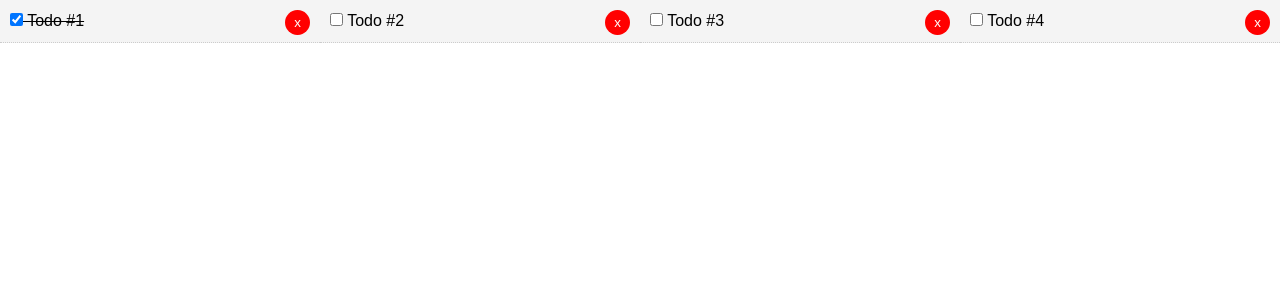
Repository: n0rthern-light/vuejs-taskmanager
Page: /
These files come from the project's save history. The page is drawn as it stood at one moment and after the next save; the edit follows.
The browser window is 1280 px wide. The pictures show the whole page.
The project was rebuilt for these pictures with package versions that can differ from the ones it lists, and the page was loaded fresh each time.

Above is the page before, as saved 2019-02-18 15:34:07.

### src/App.vue
<template>
  <div id="app">
    <h3>{{msg}}</h3>
    <Todos :todos="todos" v-on:del-todo="delTodo" v-on:update-array="updateArr"/>
  </div>
</template>

<script>

import Todos from '@/components/Todos.vue';

export default {
  name: 'app',
  components: {
    Todos
  },
  data() {
    return {
      todos: [
        {
          id: 1,
          title: 'Todo #1',
          completed: true
        },
        {
          id: 2,
          title: 'Todo #2',
          completed: false
        },
        {
          id: 3,
          title: 'Todo #3',
          completed: false
        },
        {
          id: 4,
          title: 'Todo #4',
          completed: false
        }
      ],
      msg: ''
    }
  },
  methods: {
    /* eslint-disable */
    setCookie(cname, cvalue, exdays) {
      var d = new Date();
      d.setTime(d.getTime() + (exdays*24*60*60*1000));
      var expires = "expires="+ d.toUTCString();
      document.cookie = cname + "=" + cvalue + ";" + expires + ";path=/";
    },
    getCookie(cname) {
      var name = cname + "=";
      var decodedCookie = decodeURIComponent(document.cookie);
      var ca = decodedCookie.split(';');
      for(var i = 0; i <ca.length; i++) {
        var c = ca[i];
        while (c.charAt(0) == ' ') {
          c = c.substring(1);
        }
        if (c.indexOf(name) == 0) {
          return c.substring(name.length, c.length);
        }
      }
      return "";
    },
    delTodo(id) {
      console.log('delTodo');
      this.todos = this.todos.filter((el) => el.id !== id);
    },
    updateArr(obj) {
      console.log('updateArr');
      this.todos = this.todos.
      map((el) => el.id === obj.id ? obj : el).
      sort((a, b) => a.id - b.id).
      sort((a, b) => a.completed - b.completed);

      this.setCookie('todos', JSON.stringify(this.todos), 60)
    }

  },
  mounted() {
    console.log('mounted');
    this.todos = JSON.parse(this.getCookie('todos'));

    this.todos = this.todos.sort((a, b) => a.id - b.id).
      sort((a, b) => a.completed - b.completed);
  }
}
</script>

<style>
* {
  box-sizing: border-box;
  margin: 0;
  padding: 0;
}

body {
  font-family: Arial, Helvetica, sans-serif;
  line-height: 1.4;
}
</style>

### src/components/Todos.vue
<template>
  <div class="container">
    <div v-for="todo in todos" :key="todo.id">
      <TodoItem :todo="todo" v-on:del-todo="$emit('del-todo', todo.id)" v-on:update-array="$emit('update-array', todo)"/>
    </div>
  </div>
</template>

<script>
import TodoItem from './TodoItem.vue';

export default {
  components: {
    TodoItem
  },
  name: 'Todos',
  props: ['todos']
}
</script>

<style scoped>
.container {
  display: flex;
}

.container div {
  flex: 5;
}
</style>

### src/components/TodoItem.vue
<template>
  <div class="todo-item" :class="{'is-complete':todo.completed}">
    <p>
      <input type="checkbox" v-on:change="markComplete(); $emit('update-array', todo);" :checked="this.todo.completed">
      {{todo.title}}
      <button @click="$emit('del-todo', todo.id)" class="del">x</button>
    </p>
  </div>
</template>

<script>
export default {
  name: 'TodoItem',
  props: ['todo'],
  methods: {
    markComplete () {
      this.todo.completed = !this.todo.completed;
    }
  },
  mounted () {

  }
}
</script>

<style scoped>
  .todo-item {
    background: #f4f4f4;
    padding: 10px;
    border-bottom: 1px #ccc dotted;
  }

  .is-complete {
    text-decoration: line-through;
  }

  .del {
    background: #ff0000;
    color: #fff;
    border: none;
    padding: 5px 9px;
    border-radius: 50%;
    cursor: pointer;
    float: right;
  }
</style>

Loaded but not shown: src/main.js (common file)

After the next save:
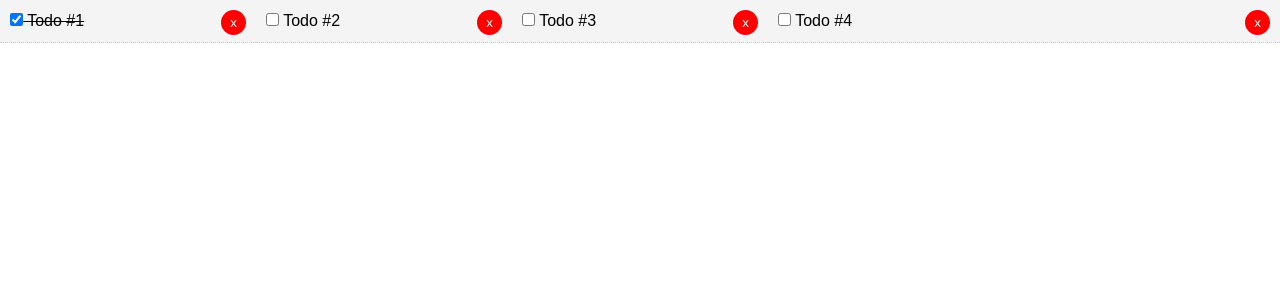
Saved 15 s later.
--- a/src/components/Todos.vue
+++ b/src/components/Todos.vue
@@ -26,4 +26,8 @@
 .container div {
   flex: 5;
 }
+
+.container div:last-child {
+  flex: 10;
+}
 </style>

After the save that followed:
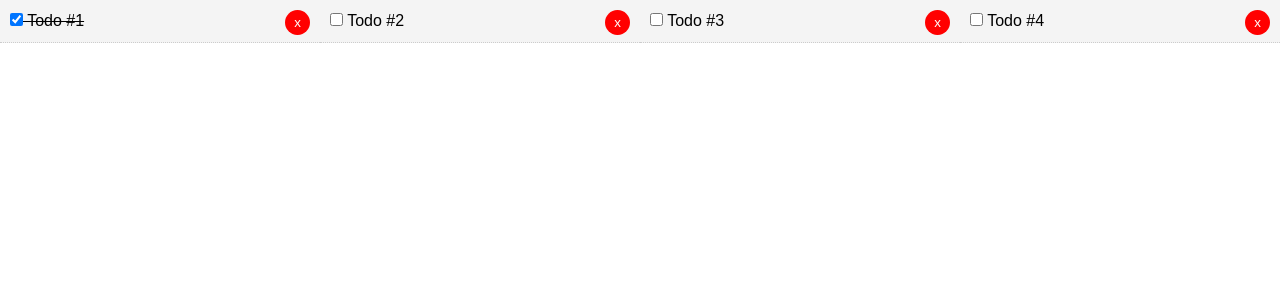
Saved 13 s later.
--- a/src/components/Todos.vue
+++ b/src/components/Todos.vue
@@ -26,8 +26,4 @@
 .container div {
   flex: 5;
 }
-
-.container div:last-child {
-  flex: 10;
-}
 </style>
